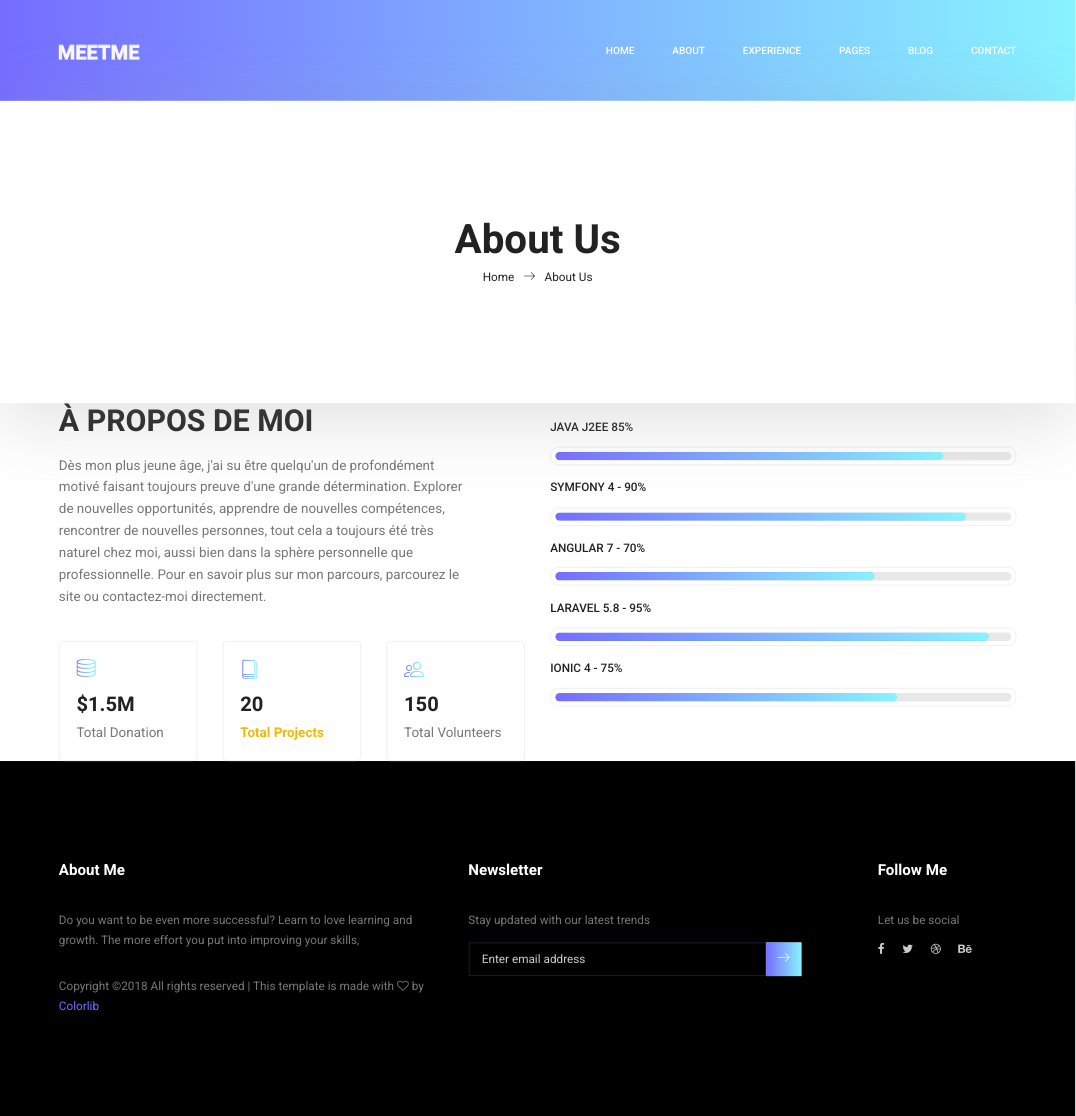
Repository: ChaabeneHabib/habib-chaabene
Page: about-us.html
These files come from the project's save history. The page is drawn as it stood at one moment and after the next save; the edit follows.
The browser window is 1280 px wide. The page is 1281 px wide, so the pictures cover 1281 px, including what lies to the right of the window. The pictures show the whole page, at 84% of full size.

Above is the page before, as saved 2019-12-23 16:36:06.

### about-us.html
<!doctype html>
<html lang="en">
    <head>
        <!-- Required meta tags -->
        <meta charset="utf-8">
        <meta name="viewport" content="width=device-width, initial-scale=1, shrink-to-fit=no">
        <link rel="icon" href="img/favicon.png" type="image/png">
        <title>MeetMe Personal</title>
        <!-- Bootstrap CSS -->
        <link rel="stylesheet" href="css/bootstrap.css">
        <link rel="stylesheet" href="vendors/linericon/style.css">
        <link rel="stylesheet" href="css/font-awesome.min.css">
        <link rel="stylesheet" href="vendors/owl-carousel/owl.carousel.min.css">
        <link rel="stylesheet" href="vendors/lightbox/simpleLightbox.css">
        <link rel="stylesheet" href="vendors/nice-select/css/nice-select.css">
        <link rel="stylesheet" href="vendors/animate-css/animate.css">
        <link rel="stylesheet" href="vendors/popup/magnific-popup.css">
        <!-- main css -->
        <link rel="stylesheet" href="css/style.css">
        <link rel="stylesheet" href="css/responsive.css">
    </head>
    <body>

        <!--================Header Menu Area =================-->
        <header class="header_area">
            <div class="main_menu">
            	<nav class="navbar navbar-expand-lg navbar-light">
					<div class="container box_1620">
						<!-- Brand and toggle get grouped for better mobile display -->
						<a class="navbar-brand logo_h" href="index.html"><img src="img/logo.png" alt=""></a>
						<button class="navbar-toggler" type="button" data-toggle="collapse" data-target="#navbarSupportedContent" aria-controls="navbarSupportedContent" aria-expanded="false" aria-label="Toggle navigation">
							<span class="icon-bar"></span>
							<span class="icon-bar"></span>
							<span class="icon-bar"></span>
						</button>
						<!-- Collect the nav links, forms, and other content for toggling -->
						<div class="collapse navbar-collapse offset" id="navbarSupportedContent">
							<ul class="nav navbar-nav menu_nav ml-auto">
								<li class="nav-item active"><a class="nav-link" href="index.html">Home</a></li>
								<li class="nav-item"><a class="nav-link" href="about-us.html">About</a></li>
								<li class="nav-item"><a class="nav-link" href="services.html">Experience</a></li>
								<li class="nav-item submenu dropdown">
									<a href="#" class="nav-link dropdown-toggle" data-toggle="dropdown" role="button" aria-haspopup="true" aria-expanded="false">Pages</a>
									<ul class="dropdown-menu">
										<li class="nav-item"><a class="nav-link" href="portfolio.html">Portfolio</a></li>
										<li class="nav-item"><a class="nav-link" href="elements.html">Elements</a></li>
									</ul>
								</li>
								<li class="nav-item submenu dropdown">
									<a href="#" class="nav-link dropdown-toggle" data-toggle="dropdown" role="button" aria-haspopup="true" aria-expanded="false">Blog</a>
									<ul class="dropdown-menu">
										<li class="nav-item"><a class="nav-link" href="blog.html">Blog</a></li>
										<li class="nav-item"><a class="nav-link" href="single-blog.html">Blog Details</a></li>
									</ul>
								</li>
								<li class="nav-item"><a class="nav-link" href="contact.html">Contact</a></li>
							</ul>
						</div>
					</div>
            	</nav>
            </div>
        </header>
        <!--================Header Menu Area =================-->

        <!--================Home Banner Area =================-->
        <section class="banner_area">
            <div class="box_1620">
				<div class="banner_inner d-flex align-items-center">
					<div class="container">
						<div class="banner_content text-center">
							<h2>About Us</h2>
							<div class="page_link">
								<a href="index.html">Home</a>
								<a href="about-us.html">About Us</a>
							</div>
						</div>
					</div>
				</div>
            </div>
        </section>
        <!--================End Home Banner Area =================-->


        <!--================Home Banner Area =================-->
        <section class="profile_area">
           	<div class="container">
				<div class="row welcome_inner">
					<div class="col-lg-6">
						<div class="welcome_text">
							<h4> À PROPOS DE MOI
							</h4>
							<p>Dès mon plus jeune âge, j'ai su être quelqu'un de profondément motivé faisant toujours preuve
								d'une grande détermination. Explorer de nouvelles opportunités, apprendre de nouvelles
								compétences, rencontrer de nouvelles personnes, tout cela a toujours été très naturel chez
								moi, aussi bien dans la sphère personnelle que professionnelle. Pour en savoir plus sur mon
								parcours, parcourez le site ou contactez-moi directement.</p>
							<div class="row">
								<div class="col-md-4">
									<div class="wel_item">
										<i class="lnr lnr-database"></i>
										<h4>$1.5M</h4>
										<p>Total Donation</p>
									</div>
								</div>
								<div class="col-md-4">
									<div class="wel_item">
										<i class="lnr lnr-book"></i>
										<h4>20</h4>
										<p> <b> Total Projects</b></p>
									</div>
								</div>
								<div class="col-md-4">
									<div class="wel_item">
										<i class="lnr lnr-users"></i>
										<h4>150</h4>
										<p>Total Volunteers</p>
									</div>
								</div>
							</div>
						</div>
					</div>
					<div class="col-lg-6">
						<div class="tools_expert">
							<div class="skill_main">
								<div class="skill_item">
									<h4>JAVA J2EE <span class="counter">85</span>%</h4>
									<div class="progress_br">
										<div class="progress">
											<div class="progress-bar" role="progressbar" aria-valuenow="85"
												aria-valuemin="0" aria-valuemax="100"></div>
										</div>
									</div>
								</div>
								<div class="skill_item">
									<h4> SYMFONY 4 - <span class="counter">90</span>%</h4>
									<div class="progress_br">
										<div class="progress">
											<div class="progress-bar" role="progressbar" aria-valuenow="90"
												aria-valuemin="0" aria-valuemax="100"></div>
										</div>
									</div>
								</div>
								<div class="skill_item">
									<h4>ANGULAR 7 - <span class="counter">70</span>%</h4>
									<div class="progress_br">
										<div class="progress">
											<div class="progress-bar" role="progressbar" aria-valuenow="70"
												aria-valuemin="0" aria-valuemax="100"></div>
										</div>
									</div>
								</div>
								<div class="skill_item">
									<h4>LARAVEL 5.8 - <span class="counter">95</span>%</h4>
									<div class="progress_br">
										<div class="progress">
											<div class="progress-bar" role="progressbar" aria-valuenow="95"
												aria-valuemin="0" aria-valuemax="100"></div>
										</div>
									</div>
								</div>

								<div class="skill_item">
									<h4>IONIC 4 - <span class="counter">75</span>%</h4>
									<div class="progress_br">
										<div class="progress">
											<div class="progress-bar" role="progressbar" aria-valuenow="75"
												aria-valuemin="0" aria-valuemax="100"></div>
										</div>
									</div>
								</div>
							</div>
						</div>
					</div>
				</div>
            </div>
        </section>
        <!--================End Home Banner Area =================-->

        <!--================Welcome Area =================-->

        <!--================End Welcome Area =================-->

        <!--================Testimonials Area =================-->

        <!--================End Testimonials Area =================-->

        <!--================Footer Area =================-->
        <footer class="footer_area p_120">
        	<div class="container">
        		<div class="row footer_inner">
        			<div class="col-lg-5 col-sm-6">
        				<aside class="f_widget ab_widget">
        					<div class="f_title">
        						<h3>About Me</h3>
        					</div>
        					<p>Do you want to be even more successful? Learn to love learning and growth. The more effort you put into improving your skills,</p>
        					<p><!-- Link back to Colorlib can't be removed. Template is licensed under CC BY 3.0. -->
Copyright &copy;<script>document.write(new Date().getFullYear());</script> All rights reserved | This template is made with <i class="fa fa-heart-o" aria-hidden="true"></i> by <a href="https://colorlib.com" target="_blank">Colorlib</a>
<!-- Link back to Colorlib can't be removed. Template is licensed under CC BY 3.0. --></p>
        				</aside>
        			</div>
        			<div class="col-lg-5 col-sm-6">
        				<aside class="f_widget news_widget">
        					<div class="f_title">
        						<h3>Newsletter</h3>
        					</div>
        					<p>Stay updated with our latest trends</p>
        					<div id="mc_embed_signup">
                                <form target="_blank" action="https://spondonit.us12.list-manage.com/subscribe/post?u=1462626880ade1ac87bd9c93a&amp;id=92a4423d01" method="get" class="subscribe_form relative">
                                	<div class="input-group d-flex flex-row">
                                        <input name="EMAIL" placeholder="Enter email address" onfocus="this.placeholder = ''" onblur="this.placeholder = 'Email Address '" required="" type="email">
                                        <button class="btn sub-btn"><span class="lnr lnr-arrow-right"></span></button>
                                    </div>
                                    <div class="mt-10 info"></div>
                                </form>
                            </div>
        				</aside>
        			</div>
        			<div class="col-lg-2">
        				<aside class="f_widget social_widget">
        					<div class="f_title">
        						<h3>Follow Me</h3>
        					</div>
        					<p>Let us be social</p>
        					<ul class="list">
        						<li><a href="#"><i class="fa fa-facebook"></i></a></li>
        						<li><a href="#"><i class="fa fa-twitter"></i></a></li>
        						<li><a href="#"><i class="fa fa-dribbble"></i></a></li>
        						<li><a href="#"><i class="fa fa-behance"></i></a></li>
        					</ul>
        				</aside>
        			</div>
        		</div>
        	</div>
        </footer>
        <!--================End Footer Area =================-->




        <!-- Optional JavaScript -->
        <!-- jQuery first, then Popper.js, then Bootstrap JS -->
        <script src="js/jquery-3.3.1.min.js"></script>
        <script src="js/popper.js"></script>
        <script src="js/bootstrap.min.js"></script>
        <script src="js/stellar.js"></script>
        <script src="vendors/lightbox/simpleLightbox.min.js"></script>
        <script src="vendors/nice-select/js/jquery.nice-select.min.js"></script>
        <script src="vendors/isotope/imagesloaded.pkgd.min.js"></script>
        <script src="vendors/isotope/isotope.pkgd.min.js"></script>
        <script src="vendors/owl-carousel/owl.carousel.min.js"></script>
        <script src="vendors/popup/jquery.magnific-popup.min.js"></script>
        <script src="js/jquery.ajaxchimp.min.js"></script>
        <script src="vendors/counter-up/jquery.waypoints.min.js"></script>
        <script src="vendors/counter-up/jquery.counterup.min.js"></script>
        <script src="js/mail-script.js"></script>
        <script src="js/theme.js"></script>
    </body>
</html>

Loaded but not shown: css/bootstrap.css (library); vendors/linericon/style.css (library); css/font-awesome.min.css (library); vendors/owl-carousel/owl.carousel.min.css (common file); vendors/lightbox/simpleLightbox.css (library); vendors/nice-select/css/nice-select.css (library); vendors/animate-css/animate.css (library); vendors/popup/magnific-popup.css (library); js/jquery-3.3.1.min.js (library); js/popper.js (library); js/bootstrap.min.js (library); js/stellar.js (library); vendors/lightbox/simpleLightbox.min.js (library); vendors/nice-select/js/jquery.nice-select.min.js (common file); vendors/isotope/imagesloaded.pkgd.min.js (library); vendors/isotope/isotope.pkgd.min.js (library); vendors/owl-carousel/owl.carousel.min.js (library); vendors/popup/jquery.magnific-popup.min.js (library); js/jquery.ajaxchimp.min.js (library); vendors/counter-up/jquery.waypoints.min.js (library); vendors/counter-up/jquery.counterup.min.js (common file); js/theme.js (419 lines, source omitted); js/mail-script.js (31 lines, source omitted); css/style.css (3006 lines, source omitted); css/responsive.css (442 lines, source omitted)

After the next save:
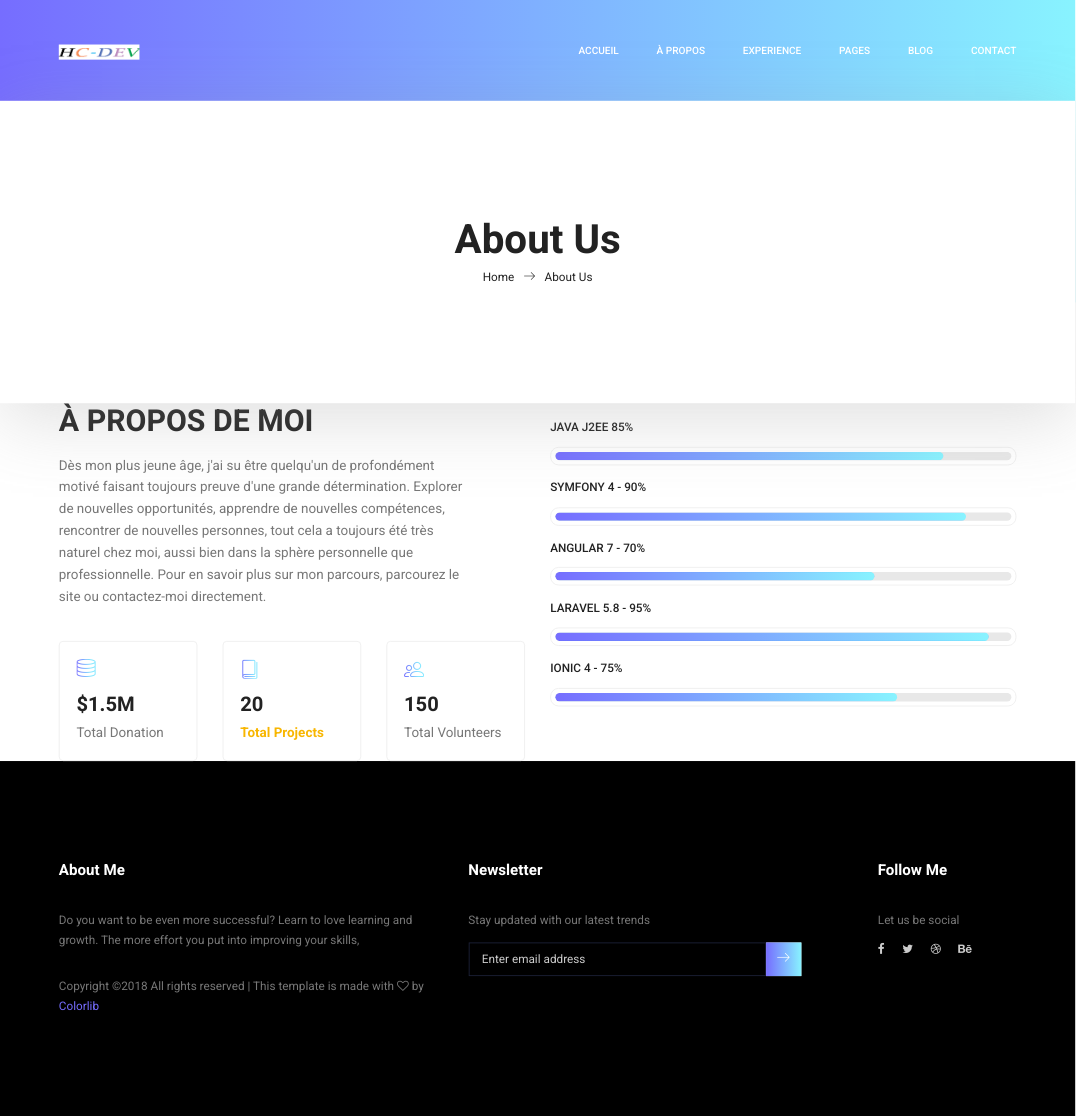
Saved 42 s later.
--- a/about-us.html
+++ b/about-us.html
@@ -22,13 +22,15 @@
     <body>
 
         <!--================Header Menu Area =================-->
-        <header class="header_area">
-            <div class="main_menu">
-            	<nav class="navbar navbar-expand-lg navbar-light">
+		<header class="header_area">
+			<div class="main_menu">
+				<nav class="navbar navbar-expand-lg navbar-light">
 					<div class="container box_1620">
 						<!-- Brand and toggle get grouped for better mobile display -->
-						<a class="navbar-brand logo_h" href="index.html"><img src="img/logo.png" alt=""></a>
-						<button class="navbar-toggler" type="button" data-toggle="collapse" data-target="#navbarSupportedContent" aria-controls="navbarSupportedContent" aria-expanded="false" aria-label="Toggle navigation">
+						<a class="navbar-brand logo_h" href="index.html" ><img src="img/logoo.png" alt=""></a>
+						<button class="navbar-toggler" type="button" data-toggle="collapse"
+							data-target="#navbarSupportedContent" aria-controls="navbarSupportedContent" aria-expanded="false"
+							aria-label="Toggle navigation">
 							<span class="icon-bar"></span>
 							<span class="icon-bar"></span>
 							<span class="icon-bar"></span>
@@ -36,18 +38,25 @@
 						<!-- Collect the nav links, forms, and other content for toggling -->
 						<div class="collapse navbar-collapse offset" id="navbarSupportedContent">
 							<ul class="nav navbar-nav menu_nav ml-auto">
-								<li class="nav-item active"><a class="nav-link" href="index.html">Home</a></li>
-								<li class="nav-item"><a class="nav-link" href="about-us.html">About</a></li>
+								<li class="nav-item active"><a class="nav-link" href="index.html">Accueil</a></li>
+								<li class="nav-item"><a class="nav-link" href="about-us.html">À propos</a></li>
 								<li class="nav-item"><a class="nav-link" href="services.html">Experience</a></li>
 								<li class="nav-item submenu dropdown">
-									<a href="#" class="nav-link dropdown-toggle" data-toggle="dropdown" role="button" aria-haspopup="true" aria-expanded="false">Pages</a>
+									<a  class="nav-link dropdown-toggle" data-toggle="dropdown" role="button"
+										aria-haspopup="true" aria-expanded="false" rel="no-follow">Pages</a>
 									<ul class="dropdown-menu">
-										<li class="nav-item"><a class="nav-link" href="portfolio.html">Portfolio</a></li>
+										<li class="nav-item">
+											<a class="nav-link" href="https://habibchaabene2016.wixsite.com/habibchaabene">Portfolio</a></li>
+										<!--
+
 										<li class="nav-item"><a class="nav-link" href="elements.html">Elements</a></li>
+
+									 -->
 									</ul>
 								</li>
 								<li class="nav-item submenu dropdown">
-									<a href="#" class="nav-link dropdown-toggle" data-toggle="dropdown" role="button" aria-haspopup="true" aria-expanded="false">Blog</a>
+									<a href="#" class="nav-link dropdown-toggle" data-toggle="dropdown" role="button"
+										aria-haspopup="true" aria-expanded="false">Blog</a>
 									<ul class="dropdown-menu">
 										<li class="nav-item"><a class="nav-link" href="blog.html">Blog</a></li>
 										<li class="nav-item"><a class="nav-link" href="single-blog.html">Blog Details</a></li>
@@ -57,9 +66,9 @@
 							</ul>
 						</div>
 					</div>
-            	</nav>
-            </div>
-        </header>
+				</nav>
+			</div>
+		</header>
         <!--================Header Menu Area =================-->
 
         <!--================Home Banner Area =================-->
